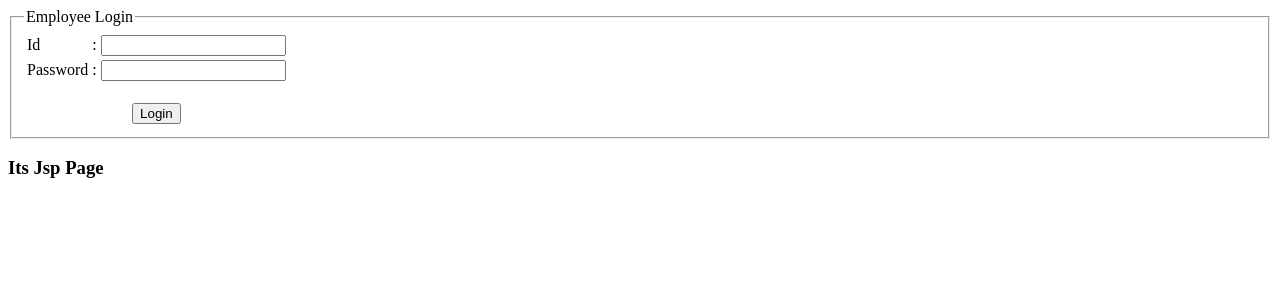
Repository: MamathaManchala/TY_CG_HTD_BangloreNovember_JFS_MamathaManchala
Page: http://localhost/mywebapp/loginForm
The author's editor kept a copy of each file at every save. The page is drawn from the files as they stood at one save, then again after the next save.
The browser window is 1280 px wide. The pictures show the whole page.
The page is served by Tomcat 9. Other server files are loaded and not shown.

Above is the page before, as saved 2019-12-17 13:13:08.

### BackEnd/servelets/mywebapp/src/main/webapp/loginForm.jsp
<%@ page language="java" contentType="text/html; charset=ISO-8859-1"
    pageEncoding="ISO-8859-1"%>

    <% String msg=(String) request.getAttribute("msg"); %>

<!DOCTYPE html>
<html>
<head>
<meta charset="ISO-8859-1">
<title>Insert title here</title>
</head>
<body>


<fieldset>
		<legend>Employee Login</legend>
		<form action="./login2" method="post">
			<table>
				<tr>
					<td>Id</td>
					<td>:</td>
					<td><input type="number" name="empId" required>
				</tr>
				<tr>
					<td>Password</td>
					<td>:</td>
					<td><input type="password" name="password" required></td>
				</tr>
				<tr>
					<td colspan="3" align="center"><br>
					  <input type="submit" value="Login">
				</tr>
			</table>
		</form>
	</fieldset>
	<h3>Its Jsp Page</h3>
</body>
</html>

After the next save:
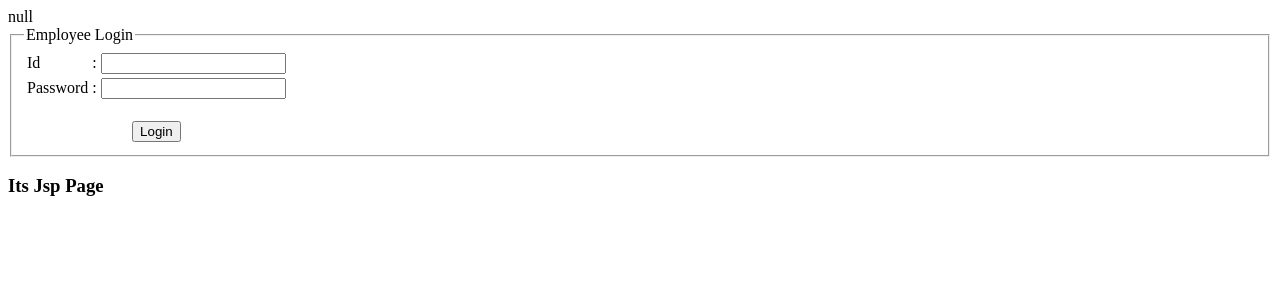
Saved 21 s later.
--- a/BackEnd/servelets/mywebapp/src/main/webapp/loginForm.jsp
+++ b/BackEnd/servelets/mywebapp/src/main/webapp/loginForm.jsp
@@ -11,7 +11,7 @@
 </head>
 <body>
 
-
+<%=msg %>
 <fieldset>
 		<legend>Employee Login</legend>
 		<form action="./login2" method="post">
